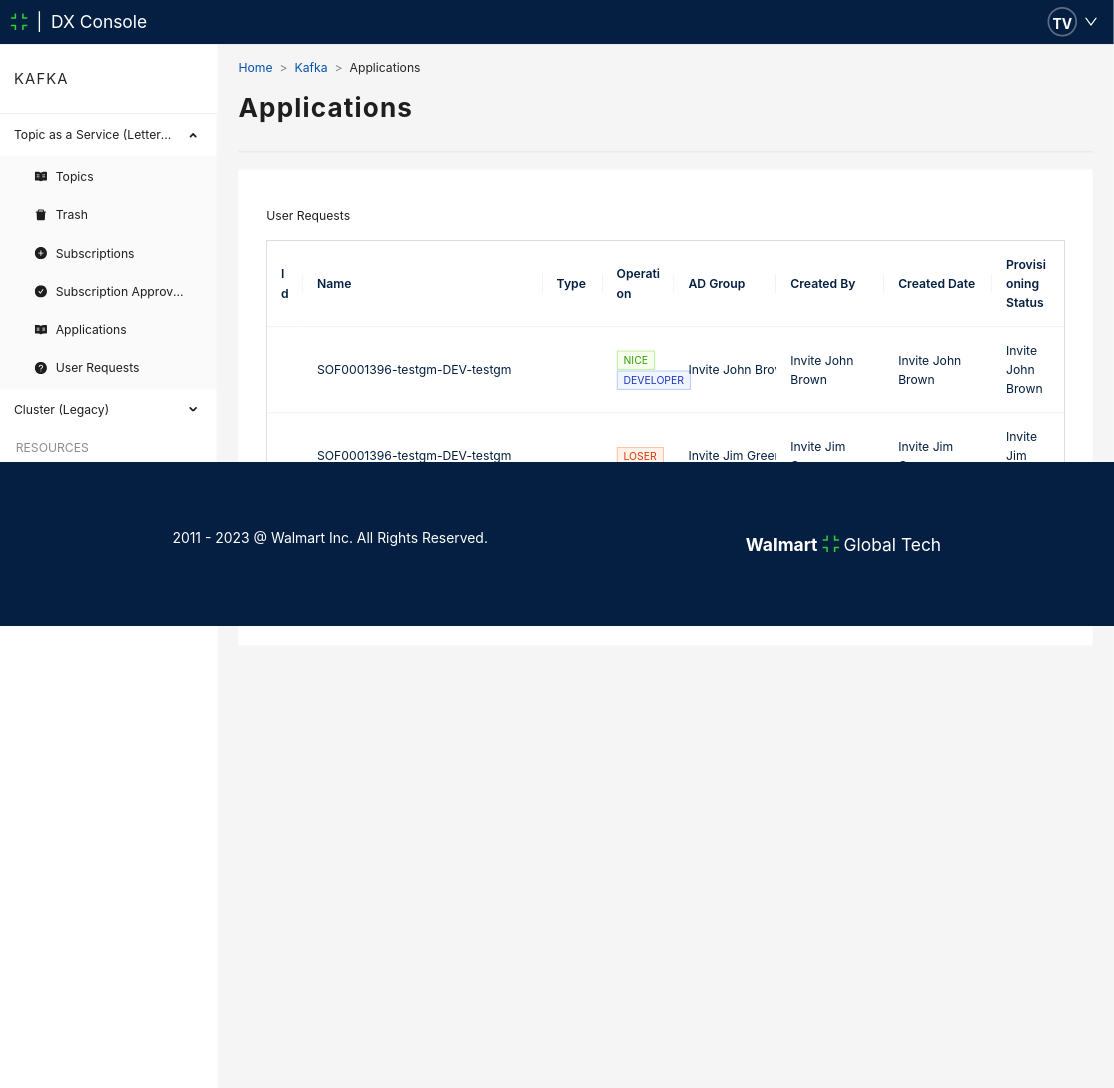
Repository: Qianying-Chai/kafka
Page: /kafka/requests
These files come from the project's save history. The page is drawn as it stood at one moment and after the next save; the edit follows.
The browser window is 1280 px wide. The pictures show the whole page, at 87% of full size.
The project was rebuilt for these pictures with package versions that can differ from the ones it lists, and the page was loaded fresh each time. Also part of the build but not shown: src/pages/Taas/Topics/Topics.jsx, src/pages/Taas/Trash/Style/Trash.css, src/pages/Taas/Trash/Trash.jsx, src/pages/Taas/SubscriptionApprovals/SubscriptionApprovals.jsx, src/pages/Taas/Subscriptions/SubscriptionsNonProxy/SubscriptionsNonProxy.jsx, src/pages/Taas/Subscriptions/SubscriptionsProxy/SubscriptionsProxy.jsx, src/pages/Taas/Applications/Applications.jsx, src/pages/Components/ComponentsCard.jsx and 6 more.

Above is the page before, as saved 2024-01-12 22:52:27.

### src/index.js
import React from "react";
import ReactDOM from "react-dom/client";
import App from "./App";
import { BrowserRouter } from "react-router-dom";
import { Provider } from "react-redux";
import store from "../src/redux/store";
import "./style/index.css";

const root = ReactDOM.createRoot(document.getElementById("root"));
root.render(
  <Provider store={store}>
    <BrowserRouter>
      <App />
    </BrowserRouter>
  </Provider>
);

### src/App.js
import Header from "./pages/common/Header";
import Sider from "./pages/common/Sider.jsx";
import categoryConstants from "./pages/common/categoryConstants";
import Topics from "./pages/Taas/Topics/Topics";
import Trash from "./pages/Taas/Trash/Trash";
import SubscriptionApprovals from "./pages/Taas/SubscriptionApprovals/SubscriptionApprovals";
import SubscriptionsNonProxy from "./pages/Taas/Subscriptions/SubscriptionsNonProxy/SubscriptionsNonProxy";
import SubscriptionsProxy from "./pages/Taas/Subscriptions/SubscriptionsProxy/SubscriptionsProxy";
import Applications from "./pages/Taas/Applications/Applications";
import UserRequests from "./pages/Taas/UserRequests/UserRequests";
import Clusters from "./pages/Cluster/Clusters";
import MigratedClusters from "./pages/Cluster/MigratedClusters";
import Subscription from "./pages/Cluster/Subscription";
import UserRequestsLegacy from "./pages/Cluster/UserRequestsLegacy";
import Support from "./pages/Resources/Support";
import Footer from "./pages/common/Footer";
import { Routes, Route } from "react-router-dom";
import { Layout } from "antd";

function App() {
  return (
    <div className="App">
      <Layout>
        <Header />
        <Layout>
          <Sider />
          <Layout
            style={{
              padding: "0 24px 24px",
              height: "fit-content",
            }}
          >
            <Routes>
              <Route
                path={`kafka/${categoryConstants.TOPICS.toLowerCase()}`}
                element={<Topics />}
              />
              <Route
                path={`kafka/${categoryConstants.TRASH.toLowerCase()}`}
                element={<Trash />}
              />
              <Route
                path={`kafka/${categoryConstants.SUBSCRIPTIONS.toLowerCase()}_active_tab=nonProxy`}
                element={<SubscriptionsNonProxy />}
              />
              <Route
                path={`kafka/${categoryConstants.SUBSCRIPTIONS.toLowerCase()}_active_tab=proxy`}
                element={<SubscriptionsProxy />}
              />
              <Route
                path={`kafka/subscriptionRequests`}
                element={<SubscriptionApprovals />}
              />
              <Route
                path={`kafka/${categoryConstants.APPLICATIONS.toLowerCase()}`}
                element={<Applications />}
              />
              <Route path={`kafka/requests`} element={<UserRequests />} />
              <Route
                path={`kafka/${categoryConstants.CLUSTERS.toLowerCase()}`}
                element={<Clusters />}
              />
              <Route
                path={`kafka/mps-clusters-subscriptions`}
                element={<MigratedClusters />}
              />
              <Route
                path={`kafka/${categoryConstants.SUBSCRIPTION.toLowerCase()}`}
                element={<Subscription />}
              />
              <Route
                path={`kafka/legacy-requests`}
                element={<UserRequestsLegacy />}
              />
              <Route
                path={`kafka/${categoryConstants.SUPPORT.toLowerCase()}`}
                element={<Support />}
              />
            </Routes>
          </Layout>
        </Layout>
        <Footer />
      </Layout>
    </div>
  );
}

export default App;

### src/redux/store.jsx
import { configureStore } from "@reduxjs/toolkit";
import reducer from "./reducer";
const store = configureStore({ reducer: reducer });
export default store;

### src/pages/common/Header.jsx
import React from "react";
import "./Style/Header.css";
import { CompressOutlined, UpOutlined, DownOutlined } from "@ant-design/icons";
import { Layout } from "antd";
import { useState } from "react";
const Header = () => {
  const [login, setLogin] = useState(true);

  return (
    <Layout>
      <Layout.Header className="header">
        <div className="header-content-left">
          <CompressOutlined className="header-left-icon" />
          <span className="header-left-divider">|</span>
          <span className="header-left-dx-console">DX Console </span>
        </div>
        <div className="header-content-right">
          <div className="user">
            <div className="user-icon">TV</div>
            {login ? (
              <DownOutlined
                className="login-button"
                onClick={() => {
                  setLogin((state) => !state);
                }}
              />
            ) : (
              <UpOutlined
                className="logout-button"
                onClick={() => {
                  setLogin((state) => !state);
                }}
              />
            )}
          </div>
          <div
            className="logout-pop-up"
            style={{
              display: login ? "none" : "block",
            }}
          >
            LOGOUT
          </div>
        </div>
      </Layout.Header>
    </Layout>
  );
};
export default Header;

### src/pages/common/Sider.jsx
import React from "react";
import { Link } from "react-router-dom";
import "./Style/Sider.css";
import {
  ReadFilled,
  DeleteFilled,
  PlusCircleFilled,
  CheckCircleFilled,
  QuestionCircleFilled,
  HddFilled,
  SettingFilled,
} from "@ant-design/icons";
import { Layout, Menu, theme, ConfigProvider } from "antd";
import categoryConstants from "./categoryConstants";

const Sider = () => {
  const {
    token: { colorBgContainer },
  } = theme.useToken();

  const items = [
    {
      key: "Topic as a Service (Lettera)",
      label: "Topic as a Service (Lettera)",
      children: [
        {
          key: "Topics",
          label: (
            <Link to={`kafka/${categoryConstants.TOPICS.toLowerCase()}`}>
              {categoryConstants.TOPICS}
            </Link>
          ),
          icon: React.createElement(ReadFilled),
        },
        {
          key: "Trash",
          label: (
            <Link to={`kafka/${categoryConstants.TRASH.toLowerCase()}`}>
              {categoryConstants.TRASH}
            </Link>
          ),
          icon: React.createElement(DeleteFilled),
        },
        {
          key: "Subscriptions",
          label: (
            <Link
              to={`kafka/${categoryConstants.SUBSCRIPTIONS.toLowerCase()}_active_tab=nonProxy`}
            >
              {categoryConstants.SUBSCRIPTIONS}
            </Link>
          ),
          icon: React.createElement(PlusCircleFilled),
        },
        {
          key: "Subscription Approvals",
          label: (
            <Link to={`kafka/subscriptionRequests`}>
              {categoryConstants.SUBSCRIPTIONS_APPROVALS.replace("_", " ")}
            </Link>
          ),
          icon: React.createElement(CheckCircleFilled),
        },
        {
          key: "Applications",
          label: (
            <Link to={`kafka/${categoryConstants.APPLICATIONS.toLowerCase()}`}>
              {categoryConstants.APPLICATIONS}
            </Link>
          ),
          icon: React.createElement(ReadFilled),
        },
        {
          key: "User Requests",
          label: (
            <Link to={`kafka/requests`}>
              {categoryConstants.USER_REQUESTS.replace("_", " ")}
            </Link>
          ),
          icon: React.createElement(QuestionCircleFilled),
        },
      ],
    },
    {
      label: <div>Cluster (Legacy)</div>,
      key: "Cluster (Legacy)",
      children: [
        {
          key: "Clusters",
          label: (
            <Link to={`kafka/${categoryConstants.CLUSTERS.toLowerCase()}`}>
              {categoryConstants.CLUSTERS}
            </Link>
          ),
          icon: React.createElement(HddFilled),
        },
        {
          key: "Migrated Clusters",
          label: (
            <Link to={`kafka/mps-clusters-subscriptions`}>
              {categoryConstants.MIGRATED_CLUSTERS.replace("_", " ")}
            </Link>
          ),
          icon: React.createElement(HddFilled),
        },
        {
          key: "Subscription",
          label: (
            <Link to={`kafka/${categoryConstants.SUBSCRIPTION.toLowerCase()}`}>
              {categoryConstants.SUBSCRIPTION}
            </Link>
          ),
          icon: React.createElement(PlusCircleFilled),
        },
        {
          key: "User Requests (Legacy)",
          label: (
            <Link to={`kafka/legacy-requests`}>User Requests (Legacy)</Link>
          ),
          icon: React.createElement(QuestionCircleFilled),
        },
      ],
    },
    {
      label: <div>RESOURCES</div>,
      type: "group",
      key: "RESOURCES",
      children: [
        {
          key: "Supprot",
          label: (
            <Link to={`kafka/${categoryConstants.SUPPORT.toLowerCase()}`}>
              {categoryConstants.SUPPORT}
            </Link>
          ),
          icon: React.createElement(SettingFilled),
        },
      ],
    },
  ];

  return (
    <ConfigProvider
      theme={{
        components: {
          Menu: {
            itemHoverBg: "",
            itemHoverColor: "#1890ff",
            padding: 30,
          },
          Tabs: {
            inkBarColor: "rgb(4, 31, 65)",
          },
        },
      }}
    >
      <Layout.Sider
        className="sider"
        width={"250px"}
        style={{
          background: colorBgContainer,
        }}
      >
        <div className="slider-top">
          <span className="slider-top-content">KAFKA</span>
        </div>
        <div
          style={{
            marginLeft: "-12px",
          }}
        >
          <div></div>
          <Menu
            mode="inline"
            items={items}
            defaultOpenKeys={["Topic as a Service (Lettera)", "RESOURCES"]}
            style={{
              color: "#041f41",
            }}
          />
        </div>
      </Layout.Sider>
    </ConfigProvider>
  );
};
export default Sider;

### src/pages/common/categoryConstants.jsx
const categoryConstants = {
  TOPICS: "Topics",
  TRASH: "Trash",
  SUBSCRIPTIONS: "Subscriptions",
  SUBSCRIPTIONS_APPROVALS: "Subscription Approvals",
  APPLICATIONS: "Applications",
  USER_REQUESTS: "User Requests",
  CLUSTERS: "Clusters",
  MIGRATED_CLUSTERS: "Migrated Clusters",
  SUBSCRIPTION: "Subscription",
  USERE_REQUESTS_LEGACY: "User Requests Legacy",
  SUPPORT: "Support",
};

export default categoryConstants;

### src/pages/Taas/UserRequests/UserRequests.jsx
import React from "react";
import ComponentsContent from "../../Components/ComponentsContent";

import ComponentsTable from "../../Components/ComponentsTable";
import ComponentsInput from "../../Components/ComponentsInput";
import ComponentsPagination from "../../Components/ComponentsPagination";
import categoryConstants from "../../common/categoryConstants";
import ComponentsTitle from "../../Components/ComponentsTitle";
import ComponentsBreadcrumb from "../../Components/ComponentsBreadcrumb";

import { Space, Tag } from "antd";

const UserRequests = () => {
  const columns = [
    {
      title: "Id",
      dataIndex: "Id",
      key: "Id",
      width: "6%",
      render: (text) => <a>{text}</a>,
    },
    {
      title: "Name",
      dataIndex: "Name",
      key: "Name",
      width: "40%",
      render: (_, record) => (
        <Space size="middle">
          <a> SOF0001396-testgm-DEV-testgm</a>
        </Space>
      ),
    },
    {
      title: "Type",
      dataIndex: "Type",
      key: "Type",
      width: "10%",
    },
    {
      title: "Operation",
      key: "Operation",
      dataIndex: "Operation",
      width: "12%",
      render: (_, { tags }) => (
        <>
          {tags.map((tag) => {
            let color = tag.length > 5 ? "geekblue" : "green";
            if (tag === "loser") {
              color = "volcano";
            }
            return (
              <Tag color={color} key={tag}>
                {tag.toUpperCase()}
              </Tag>
            );
          })}
        </>
      ),
    },
    {
      title: "AD Group",
      key: "AD Group",
      width: "17%",
      ellipsis: true,
      render: (_, record) => (
        <Space size="middle">
          <a>Invite {record.name}</a>
        </Space>
      ),
    },
    {
      title: "Created By",
      key: "Created By",
      width: "18%",
      render: (_, record) => (
        <Space size="middle">
          <a>Invite {record.name}</a>
        </Space>
      ),
    },
    {
      title: "Created Date",
      key: "Created Date",
      width: "18%",

      render: (_, record) => (
        <Space size="middle">
          <a>Invite {record.name}</a>
        </Space>
      ),
    },
    {
      title: "Provisioning Status",
      key: "Provisioning Status",
      width: "12%",
      render: (_, record) => (
        <Space size="middle">
          <a>Invite {record.name}</a>
        </Space>
      ),
    },
  ];
  const data = [
    {
      key: "1",
      name: "John Brown",
      age: 32,
      address: "New York No. 1 Lake Park",
      tags: ["nice", "developer"],
    },
    {
      key: "2",
      name: "Jim Green",
      age: 42,
      address: "London No. 1 Lake Park",
      tags: ["loser"],
    },
    {
      key: "3",
      name: "Joe Black",
      age: 32,
      address: "Sydney No. 1 Lake Park",
      tags: ["cool", "teacher"],
    },
  ];
  return (
    <>
      <div>
        <ComponentsBreadcrumb
          items={[
            {
              title: "Home",
            },
            {
              title: "Kafka",
            },
            {
              title: "Applications",
            },
          ]}
        />
        <div className="content-banner">
          <ComponentsTitle title={categoryConstants.APPLICATIONS} />
        </div>
      </div>
      <ComponentsContent>
        <p className="content-text">User Requests</p>
        <ComponentsTable columns={columns} data={data} />
        <ComponentsPagination defaultPageSize={25} total={25} />
      </ComponentsContent>
    </>
  );
};
export default UserRequests;

### src/pages/common/Footer.jsx
import React from "react";
import { Layout } from "antd";
import { CompressOutlined } from "@ant-design/icons";
import "./Style/Footer.css";

const Footer = () => {
  return (
    <Layout.Footer className="footer">
      <div className="footer-text-left">
        2011 - 2023 @ Walmart Inc. All Rights Reserved.
      </div>
      <div className="footer-text-right">
        <span className="footer-text-right-walmart">Walmart</span>
        <CompressOutlined className="footer-icon" />
        <span className="footer-text-right-global-tech">Global Tech</span>
      </div>
    </Layout.Footer>
  );
};

export default Footer;

### src/redux/reducer.jsx
import { SET_PATH_NAME, SET_SELECTED_TAAS_SUBSCRIPTIONS } from "./constants";
const initialState = {
  pathName: "",
  selectedTaasSubscriptions: "nonProxy",
};
const reducer = (state = initialState, action) => {
  const { type, payload } = action;
  switch (type) {
    case SET_PATH_NAME:
      return { ...state, pathName: payload };
    case SET_SELECTED_TAAS_SUBSCRIPTIONS:
      return { ...state, selectedTaasSubscriptions: payload };
    default:
      return state;
  }
};

export default reducer;

### src/pages/common/Style/Header.css
.header {
  justify-content: space-between;
  padding: 0 12px;
  background-color: rgb(4, 31, 65);
  height: 51px;
  line-height: 51px;
  color: #ffffff;
}

.header,
.user {
  display: flex;
}

.header-content-left {
  font-size: 20px;
}

.header-left-icon {
  color: #32cd32;
}

.header-left-divider {
  margin: 0 10px;
}

.header-content-right {
  font-weight: bolder;
  flex-direction: column;
  font-size: 1rem;
  width: 76px;
  padding-left: 12px;
}

.user {
  margin: 8px 0px;
}
.user-icon {
  height: 34px;
  line-height: 34px;
  width: 34px;
  border-radius: 50%;
  text-align: center;
}
.user-icon,
.logout-pop-up {
  border: 2px solid rgba(225, 225, 225, 0.4);
}

.login-button,
.logout-button {
  padding-left: 8px;
}

.logout-pop-up {
  transition: all 10s ease-out;
  width: 100px;
  height: 60px;
  line-height: 60px;
  position: absolute;
  right: 0px;
  z-index: 999;
  font-size: 15px;
  letter-spacing: 1pt;
  text-align: center;
  justify-content: center;
  color: rgb(94, 91, 91);
  box-shadow: 0px 0px 4px 4px rgba(176, 174, 174, 0.4);
}

### src/pages/common/Style/Sider.css
.sider {
  min-height: 1200px;
}

.slider-top {
  height: 80px;
  border-bottom: 1px solid rgb(239, 239, 239);
}
.slider-top-content {
  height: 100%;
  display: flex;
  align-items: center;
  margin-left: 16px;
  letter-spacing: 1pt;
  font-size: 17px;
  color: #000000d9;
}

### src/pages/Components/ComponentsTable.jsx
import { ConfigProvider, Table } from "antd";

const ComponentsTable = (props) => {
  return (
    <ConfigProvider
      theme={{
        components: {
          Table: {
            headerBg: "#ffffff",
            headerColor: "#041F41",
          },
        },
        token: {
          colorLink: "rgb(4, 31, 65)",
          borderRadius: 0,
        },
      }}
    >
      <Table
        style={{ border: "1px solid	#d7d7d7", margin: "12px 0" }}
        columns={props.columns}
        dataSource={props.data}
        pagination={false}
      />
    </ConfigProvider>
  );
};

export default ComponentsTable;

### src/pages/Components/ComponentsPagination.jsx
import React from "react";
import { Pagination, ConfigProvider } from "antd";

const ComponentsPagination = (props) => {
  return (
    <>
      <ConfigProvider
        theme={{
          token: {
            borderRadius: 0,
          },
        }}
      >
        <Pagination
          defaultCurrent={1}
          size="small"
          showSizeChanger
          showQuickJumper={props.showQuickJumper}
          defaultPageSize={props.defaultPageSize}
          total={props.total}
          style={{ display: "flex", justifyContent: "end" }}
        />
      </ConfigProvider>
    </>
  );
};

export default ComponentsPagination;

### src/pages/Components/ComponentsContent.jsx
import React from "react";
import "../common/Style/Content.css";
import { Layout, theme } from "antd";

const ComponentsContent = (props) => {
  const {
    token: { colorBgContainer },
  } = theme.useToken();

  return (
    <div>
      <Layout.Content
        style={{
          padding: "20px 32px 32px",
          minHeight: 280,
          background: colorBgContainer,
        }}
        {...props}
      ></Layout.Content>
    </div>
  );
};
export default ComponentsContent;

### src/pages/Components/ComponentsBreadcrumb.jsx
import React from "react";
import { Breadcrumb, ConfigProvider } from "antd";

const ComponentsBreadcrumb = (props) => {
  return (
    <ConfigProvider
      theme={{
        components: {
          Breadcrumb: {
            lastItemColor: "#000000D9",
            linkColor: "#075179",
            itemColor: "#0751A9",
            linkHoverColor: "#F5F5F5",
          },
          token: {
            colorBgTextHover: "#F5F5F5",
          },
        },
      }}
    >
      <div>
        <Breadcrumb
          style={{
            margin: "16px 0",
          }}
          separator=">"
          items={props.items}
        ></Breadcrumb>
      </div>
    </ConfigProvider>
  );
};
export default ComponentsBreadcrumb;

### src/pages/Components/ComponentsTitle.jsx
import React from "react";
import { Typography, ConfigProvider } from "antd";
const { Title } = Typography;

const ComponentsTitle = (props) => {
  return (
    <>
      <ConfigProvider
        theme={{
          components: {
            token: {
              colorText: "#041E42",
            },
          },
        }}
      >
        <Title level={2} style={{ fontWeight: "bold" }}>
          {props.title}
        </Title>
      </ConfigProvider>
    </>
  );
};

export default ComponentsTitle;

### src/pages/common/Style/Footer.css
.footer {
  text-emphasis-style: center;
  background-color: #041f41;
  color: white;
  display: flex;
  justify-content: space-around;
  height: 189px;
  align-items: center;
  width: 100%;
  position: fixed;
  bottom: 0;
}

.footer-icon {
  font-size: 20px;
  color: #32cd32;
}

.footer-text-left {
  font-size: 16px;
  margin-bottom: 16px;
}

.footer-text-right {
  font-size: 20px;
}

.footer-text-right-walmart {
  font-weight: bold;
  padding-right: 5px;
}

.footer-text-right-global-tech {
  padding-left: 5px;
}

### src/redux/constants.jsx
const SET_PATH_NAME = "SET_PATH_NAME";
const SET_SELECTED_TAAS_SUBSCRIPTIONS = "SET_SELECTED_TAAS_SUBSCRIPTIONS";
export { SET_PATH_NAME };
export { SET_SELECTED_TAAS_SUBSCRIPTIONS };

### src/pages/common/Style/Content.css
.content-banner {
  height: 70px;
  display: flex;
  justify-content: space-between;
  background-color: #f5f5f5;
  color: #041e42;
  letter-spacing: 1pt;
  border-bottom: 1px solid rgba(167, 164, 164, 0.3);
  margin-bottom: 20px;
  padding-bottom: 15px;
}

.content-banner-button {
  background-color: #041f41;
  color: #ffffff;
}

.content-text {
  margin: 24px 0 20px;
}

### src/pages/Components/ComponentsInput.jsx
import { SearchOutlined } from "@ant-design/icons";
import { Input } from "antd";

const ComponentsInput = (props) => {
  return (
    <>
      <Input
        size="large"
        placeholder={props.placeholder}
        prefix={<SearchOutlined />}
        style={{ borderRadius: "0px", marginBottom: "5px" }}
      />
    </>
  );
};

export default ComponentsInput;

Loaded but not shown: public/index.html (common file); src/style/index.css (common file)

After the next save:
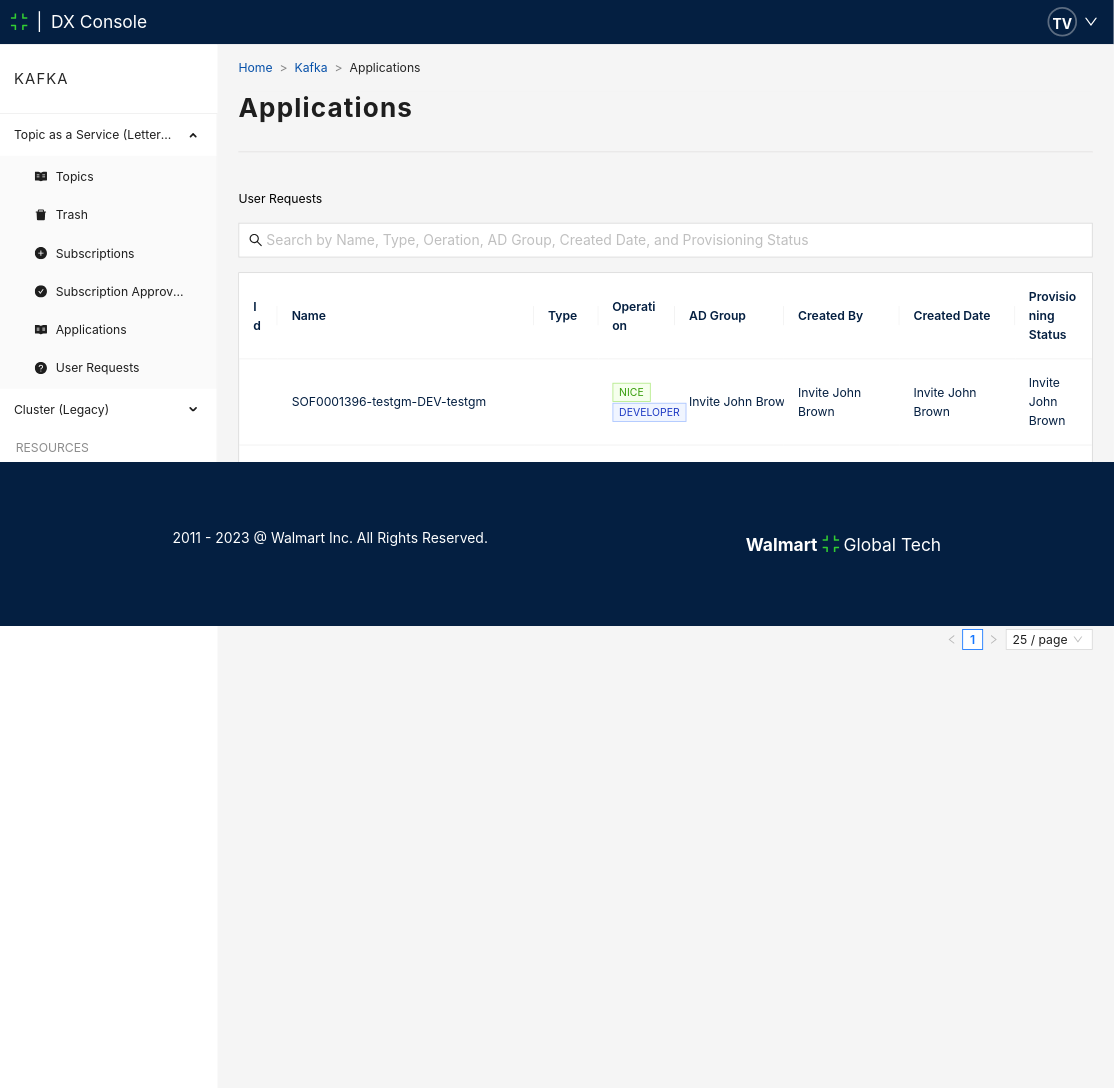
Saved 30 s later.
--- a/src/pages/Taas/UserRequests/UserRequests.jsx
+++ b/src/pages/Taas/UserRequests/UserRequests.jsx
@@ -143,11 +143,16 @@
           <ComponentsTitle title={categoryConstants.APPLICATIONS} />
         </div>
       </div>
-      <ComponentsContent>
-        <p className="content-text">User Requests</p>
-        <ComponentsTable columns={columns} data={data} />
-        <ComponentsPagination defaultPageSize={25} total={25} />
-      </ComponentsContent>
+      {/* <ComponentsTi title={categoryConstants.USER_REQUESTS}> */}
+      <p className="content-text">User Requests</p>
+      <ComponentsInput
+        placeholder={
+          "Search by Name, Type, Oeration, AD Group, Created Date, and Provisioning Status"
+        }
+      />
+      <ComponentsTable columns={columns} data={data} />
+      <ComponentsPagination defaultPageSize={25} total={25} />
+      {/* </ComponentsTi> */}
     </>
   );
 };
